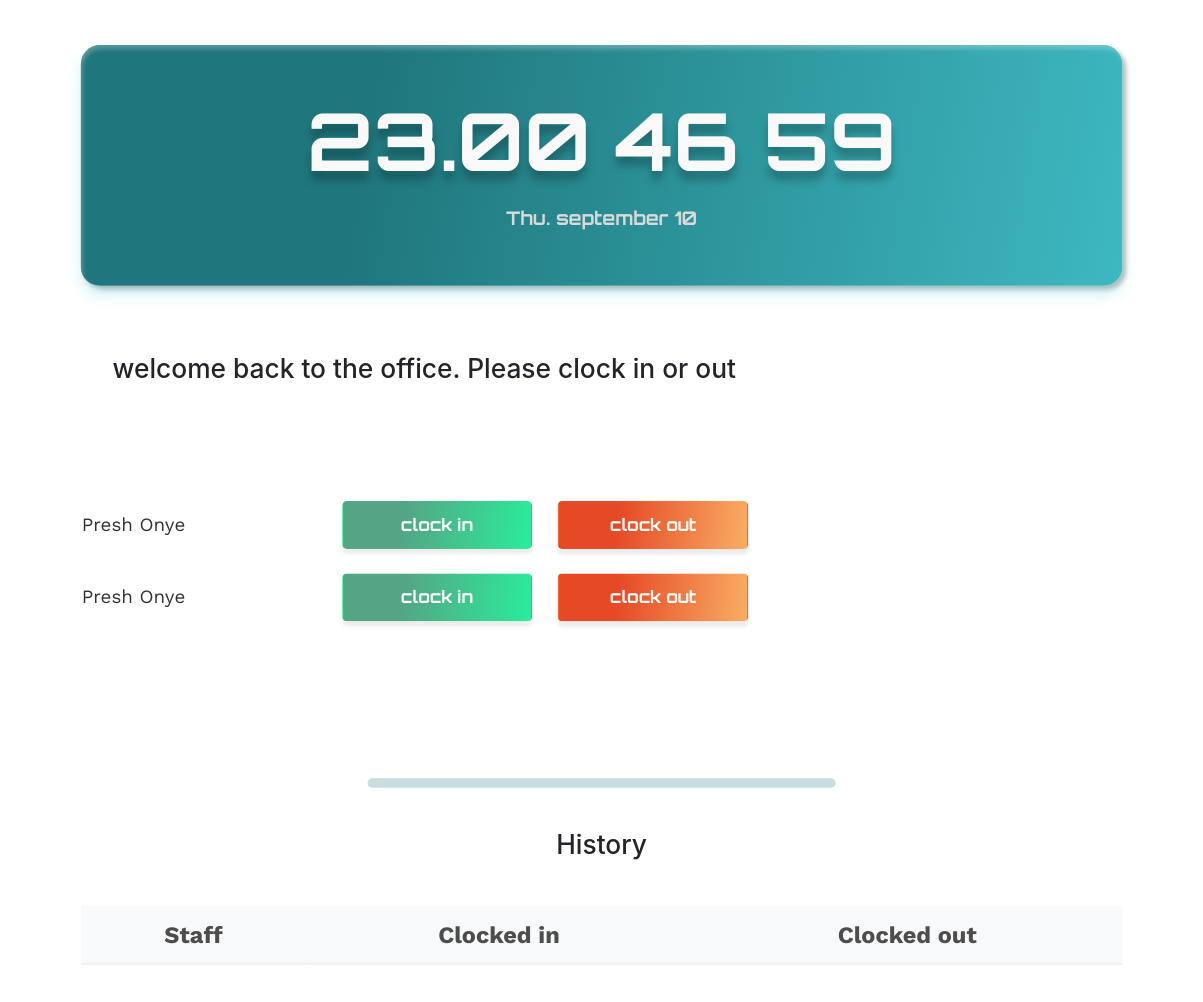
Repository: giprim/clocker
Page: /
An editor plug-in stored every save of this project. The page is shown before and after the next save, followed by the edit.
The browser window is 1280 px wide. The pictures show the whole page, at 94% of full size.
The project was rebuilt for these pictures with package versions that can differ from the ones it lists, and the page was loaded fresh each time.

Above is the page before, as saved 2020-09-11 12:53:38.

After the next save:
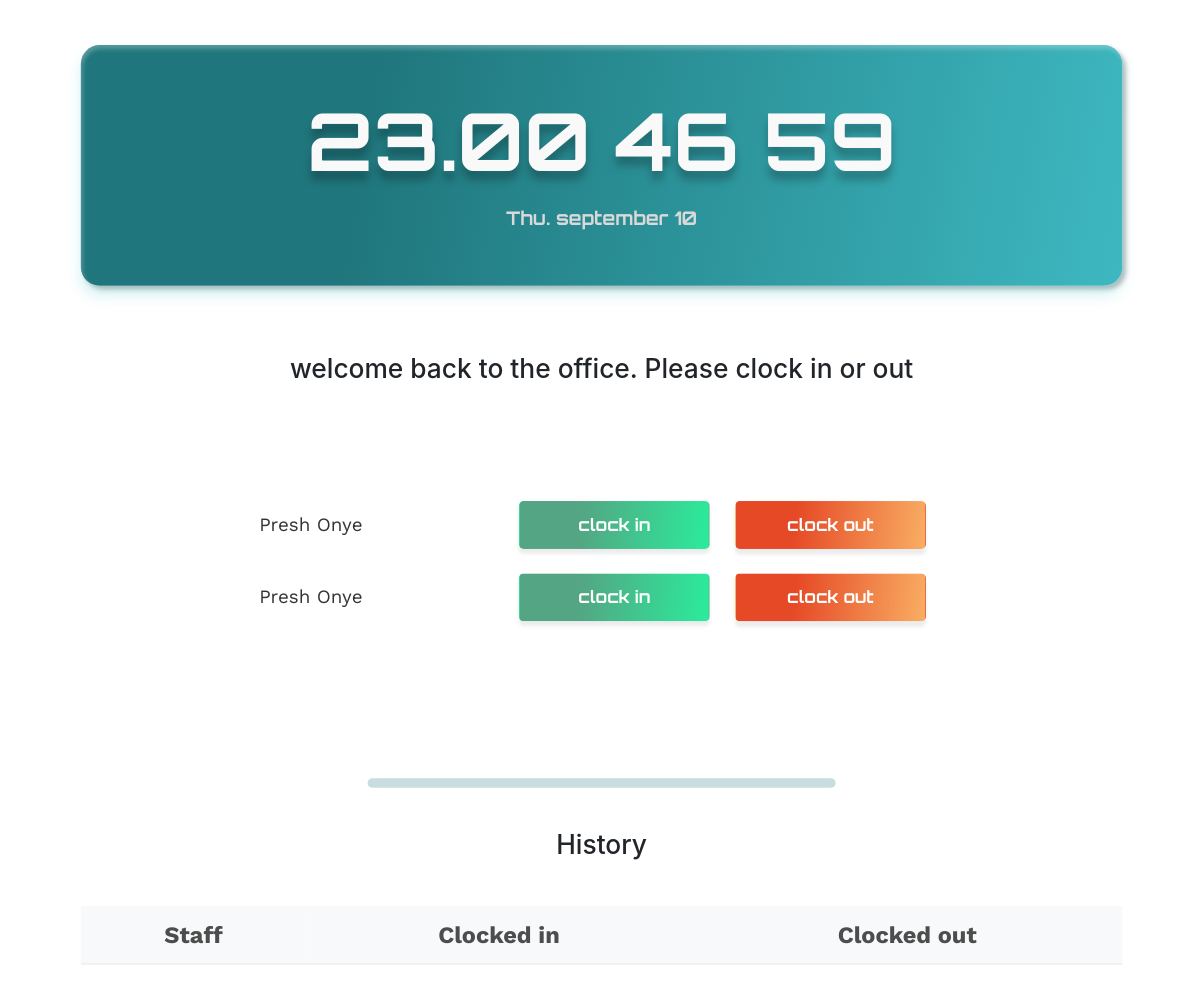
Saved 112 s later.
--- a/src/App.tsx
+++ b/src/App.tsx
@@ -29,7 +29,7 @@ function App() {
       </div>
 
       {/* welcome  */}
-      <div className='row'>
+      <div className='row justify-content-md-center'>
         <div className='col-8'>
           <p className='text-center my-5 py-4 h3'>
             welcome back to the office. Please clock in or out
